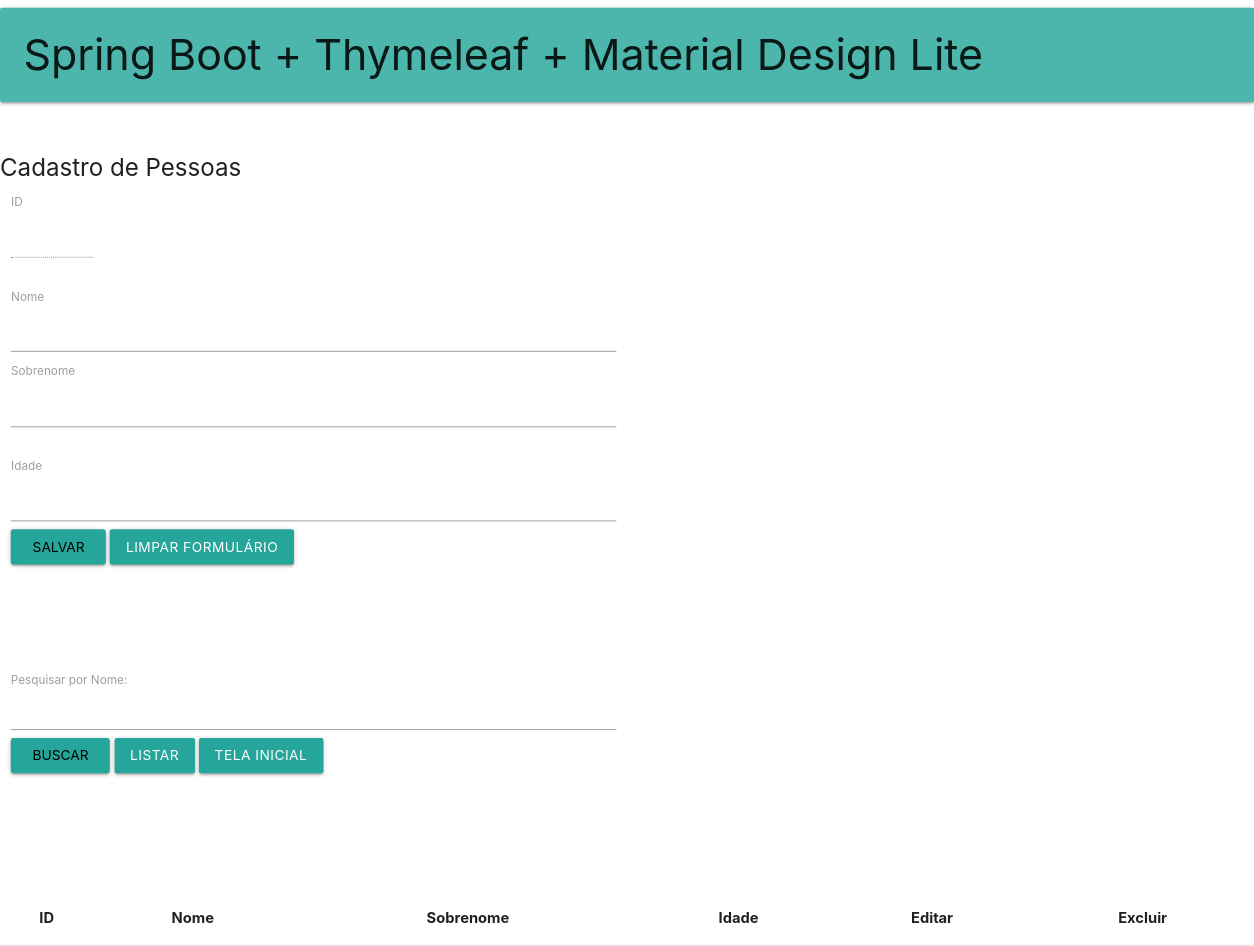
Repository: wendell-comp/Sistema-de-Gestao-de-Pessoas
Page: http://localhost/cadastro/cadastropessoa
An editor plug-in stored every save of this project. The page is shown before and after the next save, followed by the edit.
The browser window is 1280 px wide. The pictures show the whole page, at 98% of full size.
The page is this project's Thymeleaf template; nobody is signed in. The template is opened directly, without the code that normally fills it, so the values that code supplies are empty.

Above is the page before, as saved 2021-02-09 20:50:58.

### springboot/src/main/resources/templates/cadastro/cadastropessoa.html
<!DOCTYPE html>
<html xmlns="http://www.w3.org/1999/xhtml"
	xmlns:th="http://www.thymeleaf.org">

<head>
<meta charset="UTF-8">
<title>Formulario Java</title>


<link href="https://fonts.googleapis.com/icon?family=Material+Icons" rel="stylesheet">
<link type="text/css" rel="stylesheet" href="/materialize/css/materialize.css" media="screen,projection" />
<link type="text/css" rel="stylesheet" href="materialize.min.css" media="screen,projection" />

	<style type="text/css">

		table.striped>tbody>tr:nth-child(odd){
		backgroud-color: rgba(158,154,154,0.5);

		}

	</style>

</head>
<body>
	<h3 class="card-panel teal lighten-2">Spring Boot + Thymeleaf + Material Design Lite</h3>
	<br />
	<h5>Cadastro de Pessoas</h5>

	<div class="row">
		<form action="salvarpessoa" id="formpessoa" method="post" th:object="${pessoaobj}" class="col s12">

			<div class="row">
				<div class="input-fiel col s1">
					<label for="id" class="active">ID</label>
					<input name="id" th:field="*{id}" readonly="readonly">
				</div>
			</div>

			<div class="row">
				<div class="input-fiel col s6">
					<label for="nome" class="active">Nome</label>
					<input name="nome" th:field="*{nome}">

					<label for="sobrenome" class="active">Sobrenome</label>
					<input name="sobrenome" th:field="*{sobrenome}">
				</div>
			</div>

			<div class="row">
				<div class="input-fiel col s6">
					<label for="idade" class="active">Idade</label>
					<input name="idade" th:field="*{idade}" id="idade">
					<input class="waves-effect waves-light btn" type="submit" value="Salvar">
					<button class="waves-effect waves-ligth btn" onclick="document.getElementById ('formpessoa').reset();">Limpar Formulário</button>
				</div>
			</div>


		</form>
	</div>

	<br />
	<br />
	<br />

	<div class="row">

		<form action="pesquisarpessoa" method="post" class="col s12">
			<div class="row">
				<div class="input-field col s6">
					<label for="nomepesquisa" class="active">Pesquisar por Nome: </label>
					<input name="nomepesquisa" id="nomepesquisa" class="validate">
					<input class="waves-effect waves-light btn" type="submit" value="Buscar">
					<a href="/listaspessoas" class="waves-effect waves-light btn">Listar</a>
					<a href="/" class="waves-effect waves-light btn">Tela Inicial</a>
				</div>
			</div>
		</form>

	</div>

	<br />
	<br />
	<br />

	<table class="centered">
		<thead>
			<tr>
				<th>ID</th>
				<th>Nome</th>
				<th>Sobrenome</th>
				<th>Idade</th>
				<th>Editar</th>
				<th>Excluir</th>
			</tr>
		</thead>

		<tr th:each="pessoa : ${pessoas}">
			<td th:text="${pessoa.id}"></td>
			<td th:text="${pessoa.nome}"></td>
			<td th:text="${pessoa.sobrenome}"></td>
			<td th:text="${pessoa.idade}"></td>
			<td><a
				th:href="@{/editarpessoa/{idpessoa}(idpessoa=${pessoa.id})}">Editar</a></td>
			<td><a
				th:href="@{/removerpessoa/{idpessoa}(idpessoa=${pessoa.id})}">Excluir</a></td>
		</tr>

	</table>



	<script type="text/javascript" src="materialize/js/materialize.js"></script>
	<script type="text/javascript" src="materialize/js/materialize.min.js"></script>


</body>
</html>

Loaded but not shown: springboot/src/main/resources/static/materialize/css/materialize.css (library); springboot/src/main/resources/static/materialize/js/materialize.js (library); springboot/src/main/resources/static/materialize/js/materialize.min.js (library); springboot/src/main/resources/static/materialize/css/materialize.min.css (library)

After the next save:
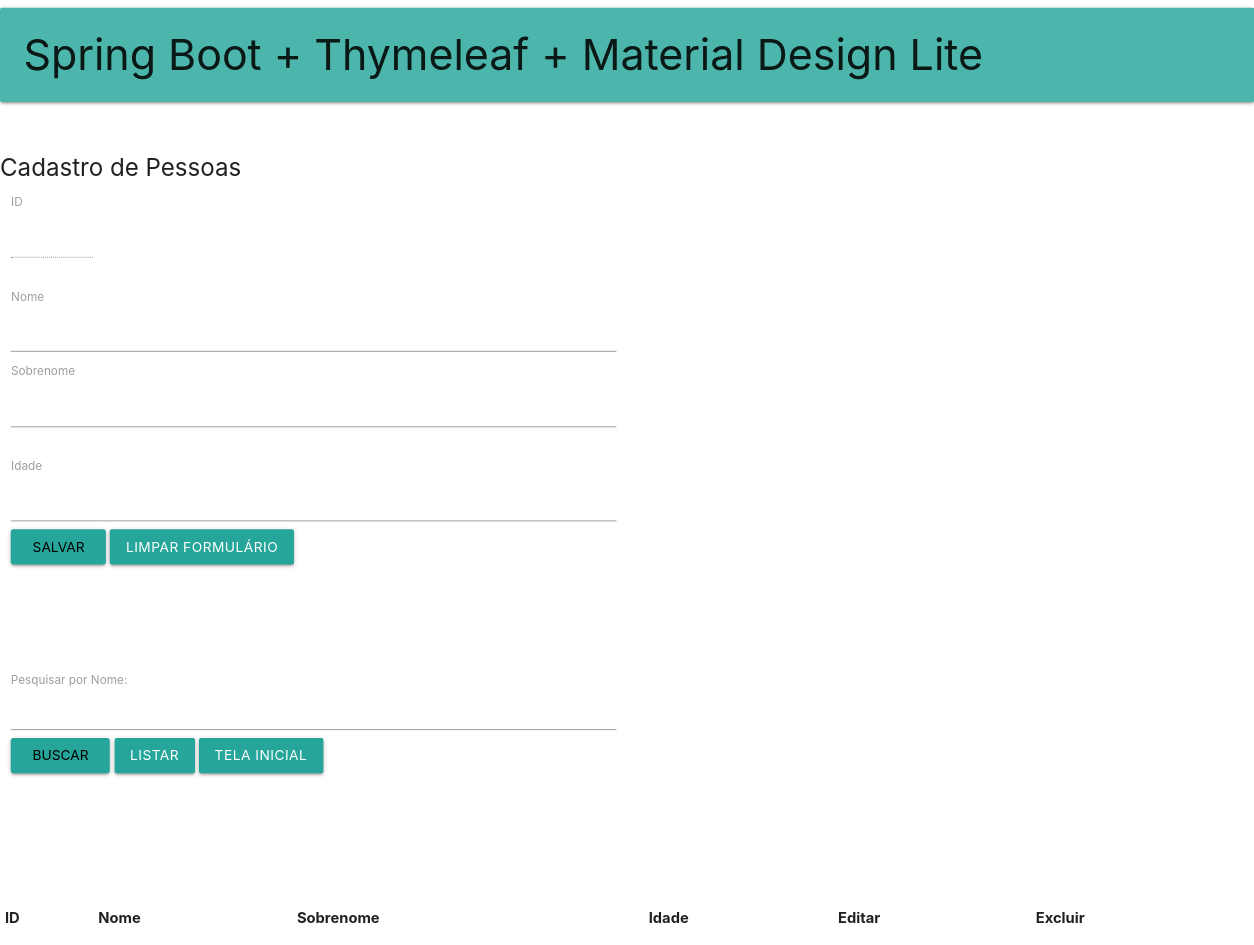
Saved 100 s later.
--- a/springboot/src/main/resources/templates/cadastro/cadastropessoa.html
+++ b/springboot/src/main/resources/templates/cadastro/cadastropessoa.html
@@ -11,14 +11,11 @@
 <link type="text/css" rel="stylesheet" href="/materialize/css/materialize.css" media="screen,projection" />
 <link type="text/css" rel="stylesheet" href="materialize.min.css" media="screen,projection" />
 
-	<style type="text/css">
-
-		table.striped>tbody>tr:nth-child(odd){
-		backgroud-color: rgba(158,154,154,0.5);
-
-		}
-
-	</style>
+<style type="text/css">
+table.striped>tbody>tr:nth-child(odd) {
+	backgroud-color: rgba(158, 154, 154, 0.5);
+}
+</style>
 
 </head>
 <body>
@@ -83,7 +80,7 @@
 	<br />
 	<br />
 
-	<table class="centered">
+	<table class="striped">
 		<thead>
 			<tr>
 				<th>ID</th>
